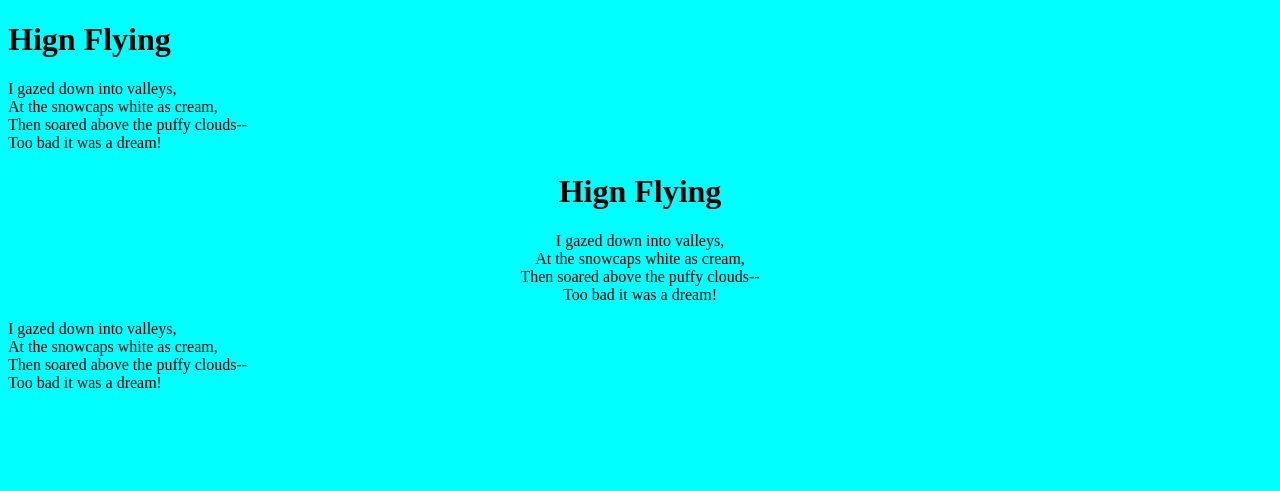
Repository: PhamChiXuan1/HTCNW_tuan3_DHCNTT16C_PhamChiXuan_20030131
Page: bt3b.html
The author's editor kept a copy of each file at every save. The page is drawn from the files as they stood at one save, then again after the next save.
The browser window is 1280 px wide. The pictures show the whole page.

Above is the page before, as saved 2022-02-26 20:36:55.

### bt3b.html
<!DOCTYPE html>
<html lang="en">
<head>
    <meta charset="UTF-8">
    <meta http-equiv="X-UA-Compatible" content="IE=edge">
    <meta name="viewport" content="width=device-width, initial-scale=1.0">
    <title>Document</title>
</head>
<body style="background-color: aqua;">
    <H1>Hign Flying</H1>
    <P>I gazed down into valleys,<br>At the snowcaps white as cream,<br>Then soared above the puffy clouds-- <br>Too bad it was a dream!</b></P>
    <center><H1>Hign Flying</H1><P>I gazed down into valleys,<br>At the snowcaps white as cream,<br>Then soared above the puffy clouds-- <br>Too bad it was a dream!</b></P></center>
    <P>I gazed down into valleys,<br>At the snowcaps white as cream,<br>Then soared above the puffy clouds-- <br>Too bad it was a dream!</b></P>
</body>
</html>

After the next save:
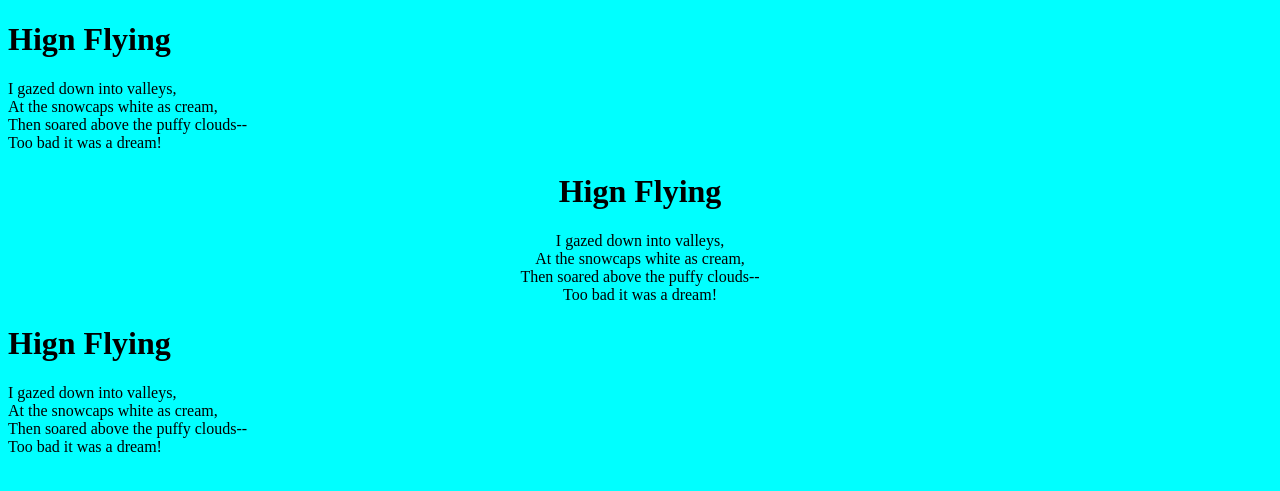
Saved 2 min 52 s later.
--- a/bt3b.html
+++ b/bt3b.html
@@ -10,6 +10,7 @@
     <H1>Hign Flying</H1>
     <P>I gazed down into valleys,<br>At the snowcaps white as cream,<br>Then soared above the puffy clouds-- <br>Too bad it was a dream!</b></P>
     <center><H1>Hign Flying</H1><P>I gazed down into valleys,<br>At the snowcaps white as cream,<br>Then soared above the puffy clouds-- <br>Too bad it was a dream!</b></P></center>
+    <H1>Hign Flying</H1>
     <P>I gazed down into valleys,<br>At the snowcaps white as cream,<br>Then soared above the puffy clouds-- <br>Too bad it was a dream!</b></P>
 </body>
 </html>
